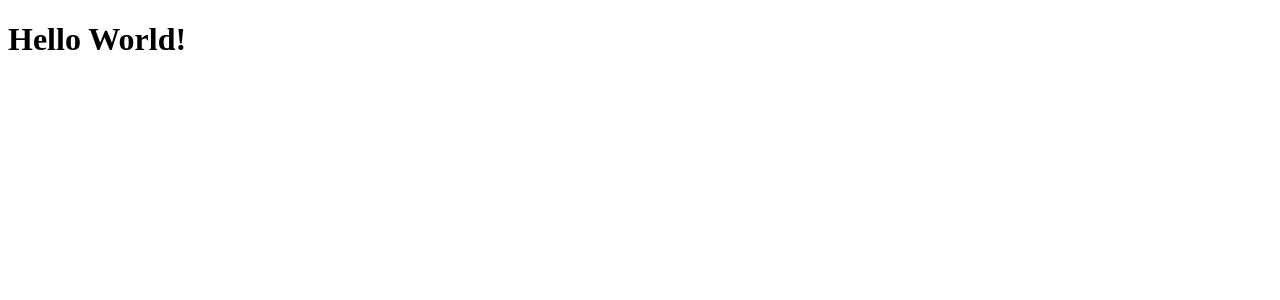
Repository: wojkos/Learn
Page: Vue/index.html
The author's editor kept a copy of each file at every save. The page is drawn from the files as they stood at one save, then again after the next save.
The browser window is 1280 px wide. The pictures show the whole page.

Above is the page before, as saved 2018-03-29 21:37:51.

After the next save:
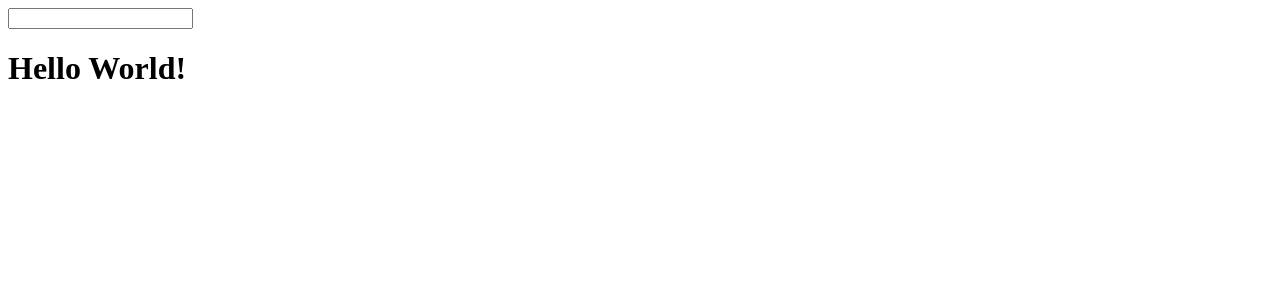
Saved 3 min 56 s later.
--- a/Vue/index.html
+++ b/Vue/index.html
@@ -10,6 +10,7 @@
 
 <body>
     <div id="app">
+        <input type="text" v-on:input="changeTitle">
         <h1>{{title}}</h1>
     </div>
 
@@ -19,8 +20,13 @@
             el: '#app',
             data: {
                 title: 'Hello World!'
+            },
+            methods: {
+                changeTitle: function(event) {
+                    this.title = event.target.value;
+                }
             }
-        })
+        });
     </script>
 </body>
 
